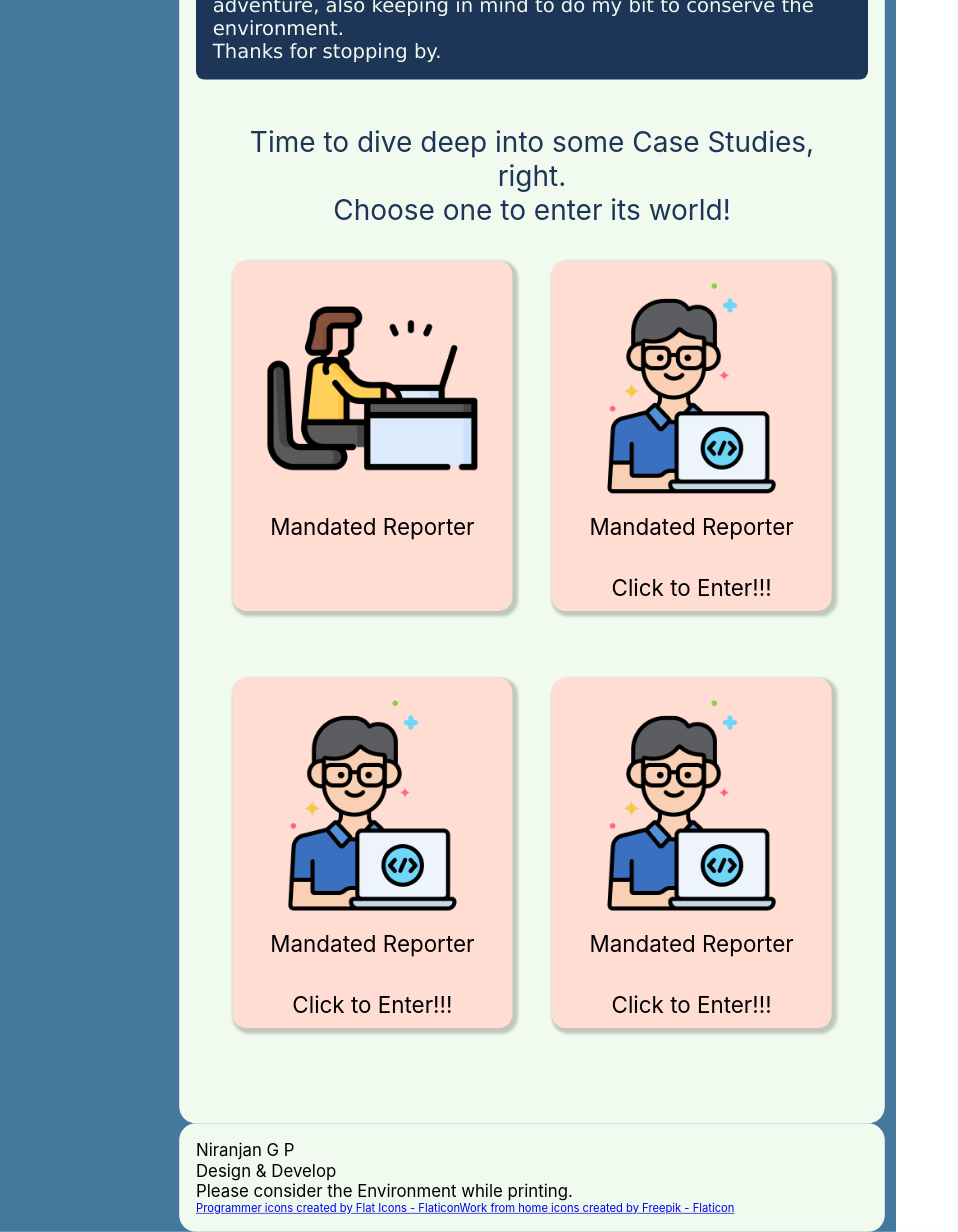
Repository: niranjangp/portfolioReact
Page: /
These files come from the project's save history. The page is drawn as it stood at one moment and after the next save; the edit follows.
The browser window is 1280 px wide. The page is 1368 px wide, so the pictures cover 1368 px, including what lies to the right of the window. The pictures show the part of the page from y = 974 to 2734 px (the page is 2734 px tall before and 2634 px after), at 70% of full size.
The project was rebuilt for these pictures with package versions that can differ from the ones it lists, and the page was loaded fresh each time. Also part of the build but not shown: src/pages/csOne.jsx, src/pages/notFound.jsx.

Above is the page before, as saved 2022-02-01 00:04:04.

After the next save:
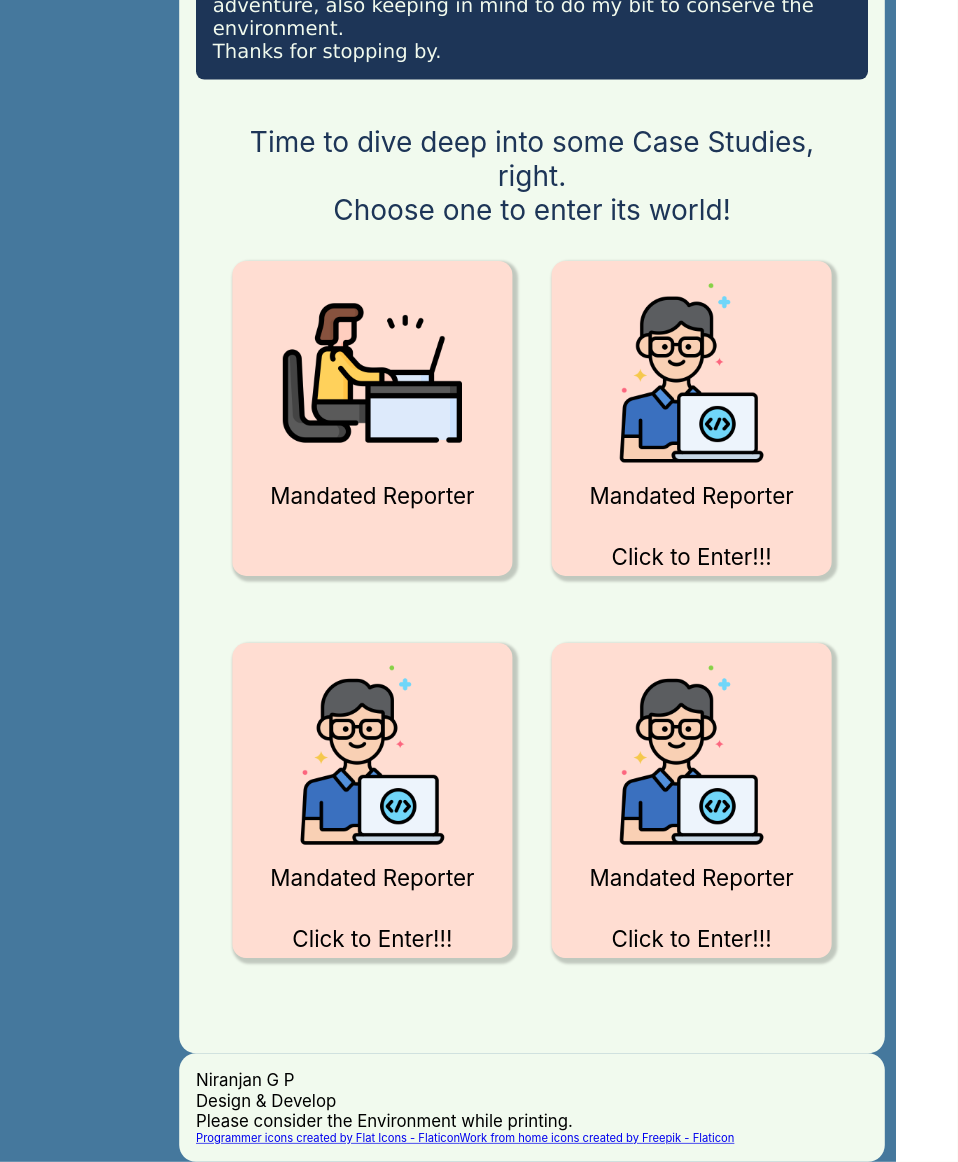
Saved 4 min 38 s later.
--- a/src/App.css
+++ b/src/App.css
@@ -75,7 +75,7 @@
 
 .card {
   width: 400px;
-  height: 500px;
+  height: 450px;
   background-color: #ffddd2;
   border-radius: 20px;
   box-shadow: 4px 4px 4px 4px rgba(0, 0, 0, 0.2);
@@ -88,7 +88,7 @@
 .card:hover {
   box-shadow: 4px 4px 4px 8px rgba(0, 0, 0, 0.2);
   width: 420px;
-  height: 520px;
+  height: 470px;
 }
 
 .card p {
@@ -97,7 +97,7 @@
 }
 
 .card-icon {
-  width: 300px;
+  width: 256px;
   margin-top: 32px;
 }
 
